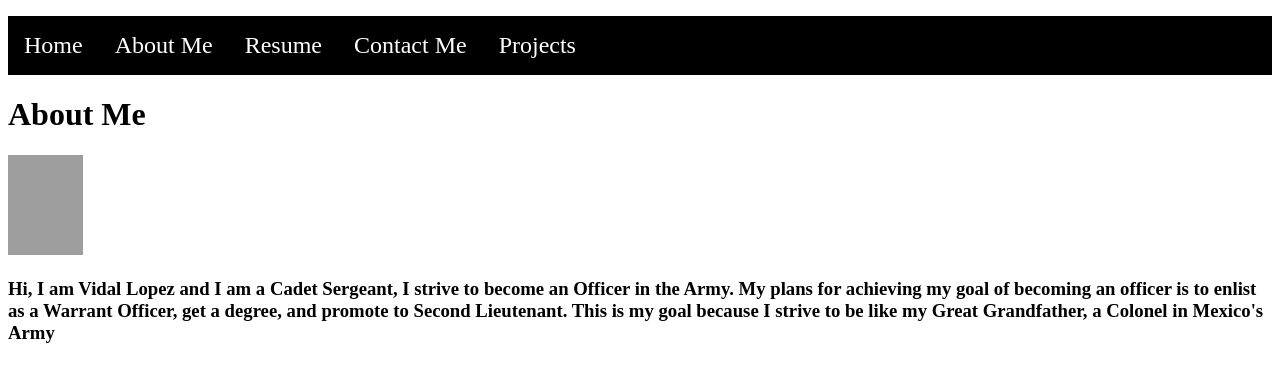
Repository: VidalLopez/VidalLopez.github.io
Page: about.html
The author's editor kept a record of every edit. The page is drawn from the files as they stood at one moment, then again after the next edit.
The browser window is 1280 px wide. The pictures show the whole page.
Pictures or frames that could not be fetched are drawn as grey boxes.

Above is the page before.

After the next edit:
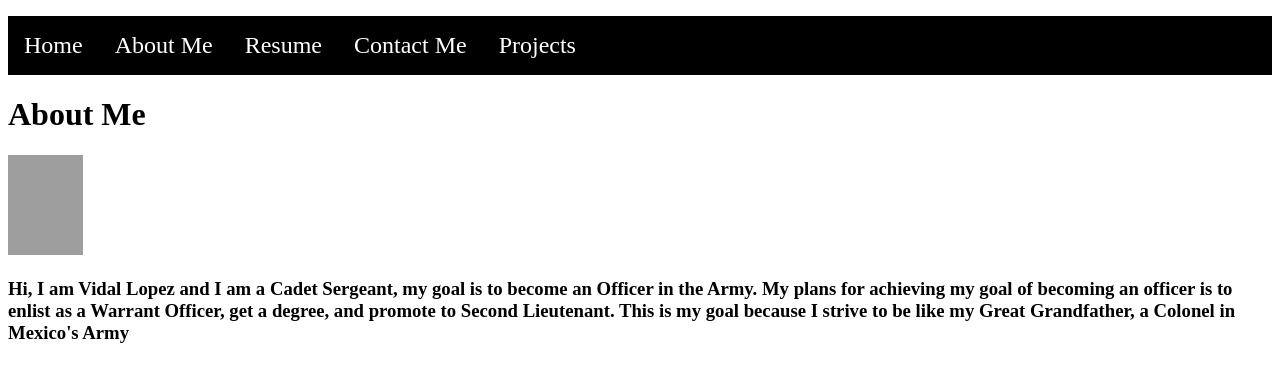
The edit:
--- a/about.html
+++ b/about.html
@@ -68,7 +68,7 @@
 <h1>About Me</h1>
 <img class="big" src="https://www.defense.gov/portals/1/Page-Assets/insignias/army/E5-sergeant.png">
 <p>
-  <h3 class="one">Hi, I am Vidal Lopez and I am a Cadet Sergeant, I strive to become an Officer in the Army.
+  <h3 class="one">Hi, I am Vidal Lopez and I am a Cadet Sergeant, my goal is to become an Officer in the Army.
   My plans for achieving my goal of becoming an officer is to enlist as a Warrant Officer, get a degree, and promote to Second Lieutenant.
   This is my goal because I strive to be like my Great Grandfather, a Colonel in Mexico's Army</h3>
 </p>
